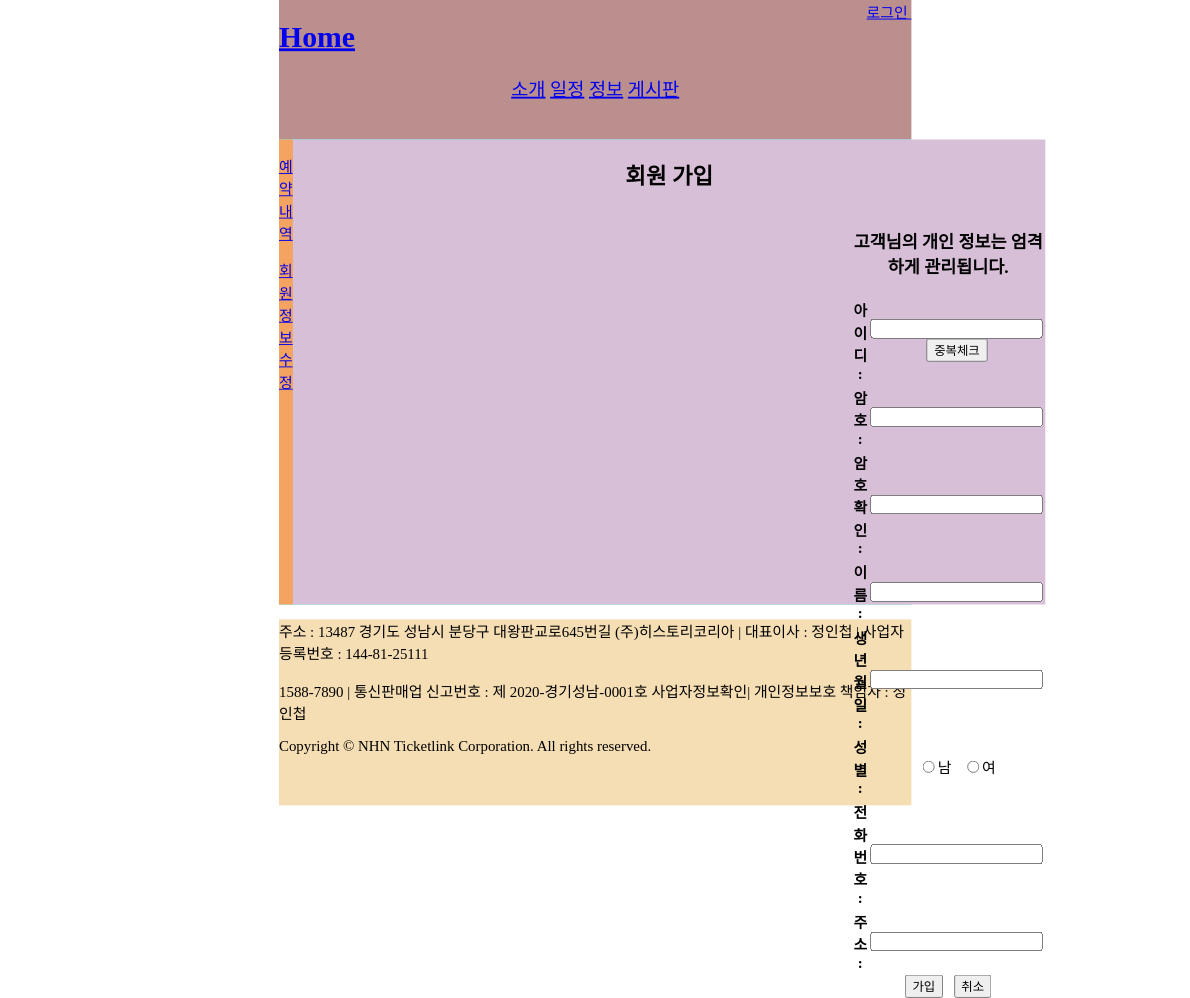
Repository: dlscjq34/JSP_historyTour
Page: http://localhost/HistoryTour/WEB-INF/views/member/joinMember.jsp
The author's editor kept a copy of each file at every save. The page is drawn from the files as they stood at one save, then again after the next save.
The browser window is 1280 px wide. The pictures show the whole page, at 93% of full size.
The page is served by Tomcat 9. Nobody is signed in. Other server files are loaded and not shown. The template is opened directly, without the code that normally fills it, so the values that code supplies are empty.

Above is the page before, as saved 2020-12-21 03:39:55.

### HistoryTour/WebContent/WEB-INF/views/member/joinMember.jsp
<%@ page language="java" contentType="text/html; charset=UTF-8"
    pageEncoding="UTF-8"%>
<!DOCTYPE html>
<html lang="en">
<head>
    <jsp:include page="/WEB-INF/views/include/head.jsp" />
    <link rel="stylesheet" href="css/joinMember.css">
</head>
<body>
    <!-- <header> -->
    <jsp:include page="/WEB-INF/views/include/header.jsp" />


    <!-- center = <aside> + <article> -->
    <div class="center">
        <aside>
            <p><a href="ticket.do">예약 내역</a></p>
            <p><a href="editMember.do">회원 정보 수정</a></p>
        </aside>

        <article>
            <h1>회원 가입</h1>
                <form action="joinMemberPro.do" method="post" name="frm" onsubmit="return lenCheck()">

                    <h3>고객님의 개인 정보는 엄격하게 관리됩니다.</h3>
                    <table>
	               		<tr>
	               			<th>아이디 :
	               			<td><input type="text" name="id" id="id" />
	               				<input type="button" onclick="dupCheck()" value="중복체크">
	               		</tr>
	               		<tr>
	               			<th>암호 :
	               			<td><input type="password" name="pswd1" id="pswd1" required/>
	               		</tr>
	               		<tr>
	               			<th>암호 확인 :
	               			<td><input type="password" name="pswd2" id="pswd2" required onkeyup="pwCheck()"/>
	               				<span id="pwStatus"></span>
	               		</tr>
	               		<tr>
	               			<th>이름 :
	               			<td><input type="text" name="name" id="name" required/>
	               		</tr>
	               		<tr>
	               			<th>생년월일 :
	               			<td><input type="text" name="birth" id="birth" required/>
	               		</tr>
	               		<tr>
	               			<th>성별 :
	               			<td><input type="radio" name="gender" id="man" value="1" required />남 &nbsp;
	               				<input type="radio" name="gender" id="woman" value="2" required />여
	               		</tr>
	               		<tr>
	               			<th>전화번호 :
	               			<td><input type="text" name="tel" id="tel" required>
	               		</tr>
	               		<tr>
	               			<th>주소 :
	               			<td><input type="text" name="address" id="address" required>
	               		</tr>
               		</table>
                <input type="submit" name="enroll" class="enroll" value="가입"> &nbsp;
                <input type="reset" value="취소">
                </form>
        </article>
    </div>


    <!-- <footer> -->
    <jsp:include page="/WEB-INF/views/include/footer.jsp" />

</body>

<script>
	function dupCheck() {
		let id = document.frm.id.value;
		if(id == '') {
			alert("아이디를 입력하세요");
			document.frm.id.focus();
			return;
		}
		window.open('joinCheck.do?id='+id, 'joinCheck', 'width=600, height=300');
	}

	function lenCheck() {
		let id = document.frm.id.value.trim();

		if(!(id.length >= 3 && id.length <=12)) {
			alert("아이디는 3에서 12글자만 입력 가능합니다.");
			document.frm.id.select();
			return false;
		}
	}

	function pwCheck() {
		pw1 = document.frm.pswd1.value;
		pw2 = document.frm.pswd2.value;
		pwStatus = document.getElementById("pwStatus");

		if(pw1 == pw2) {
			pwStatus.innerHTML = "패스워드 확인";
			pwStatus.style.color = "blue"
		}
		else {
			pwStatus.innerHTML = "패스워드 틀림";
			pwStatus.style.color = "red"
		}
	}

/* 	<tr>
		<th>암호 :
		<td><input type="password" name="pswd1" id="pswd1" required/>
	</tr>
	<tr>
		<th>암호 확인 :
		<td><input type="password" name="pswd2" id="pswd2" required onkeyup="pwCheck()"/>
			<span class="pwStatus"></span>
	</tr> */
</script>

</html>

### HistoryTour/WebContent/WEB-INF/views/include/head.jsp
<%@ page language="java" contentType="text/html; charset=UTF-8"
    pageEncoding="UTF-8"%>
<meta charset="UTF-8">
<meta name="viewport" content="width=device-width, initial-scale=1.0">
<title>Document</title>
<link rel="stylesheet" href="css/common.css">

### HistoryTour/WebContent/WEB-INF/views/include/header.jsp
<%@ page language="java" contentType="text/html; charset=UTF-8"
    pageEncoding="UTF-8"%>
<%@ taglib prefix="c" uri="http://java.sun.com/jsp/jstl/core" %>
<%
	//쿠키에 아이디가 있으면 세션으로 빼온다.
	Cookie[] cookies = request.getCookies();

	if (cookies != null) {
		for(Cookie cookie : cookies) {
			if(cookie.getName().equals("id")) {
				String id = cookie.getValue();
				session.setAttribute("id", id);
			}
		}
	}

	String id = (String)session.getAttribute("id");
%>

<header>
    <div class="home-line">
        <h1><a href="index.do">Home</a></h1>
        <!-- 세션으로 빼온 아이디가 있으면 -->
<%
			if (id != null) {
%>
        		${ id } 님 반갑습니다.&nbsp;
        		<a href="myPage.do">마이페이지</a>&nbsp;
        		<a href="logoutPro.do">로그아웃</a>
<%
			} else {
%>
        	<!-- 세션으로 빼온 아이디가 없으면 -->
        		 <a href="login.do">로그인&nbsp;</a>
<%
			}
%>

    </div>
    <div class="menu">
        <a href="intro.do">소개</a>
        <a href="schedule.do">일정</a>
        <a href="information.do">정보</a>
        <a href="board.do">게시판</a>
    </div>
</header>

### HistoryTour/WebContent/WEB-INF/views/include/footer.jsp
<%@ page language="java" contentType="text/html; charset=UTF-8"
    pageEncoding="UTF-8"%>
<footer>
    <p>주소 : 13487 경기도 성남시 분당구 대왕판교로645번길 (주)히스토리코리아 | 대표이사 : 정인첩 | 사업자등록번호 : 144-81-25111</p>
    <p>1588-7890 |  통신판매업 신고번호 : 제 2020-경기성남-0001호 사업자정보확인| 개인정보보호 책임자 : 정인첩</p>
    <p>Copyright © NHN Ticketlink Corporation. All rights reserved.</p>
</footer>

### HistoryTour/WebContent/css/common.css
body {
  grid-template-columns: 1fr 1fr;
  box-sizing: border-box;
  margin: 0 300px;
}

/* header ----------------------------------------------- */

header {
  background: rosybrown;
  height: 150px;
}
header .home-line {
  display: flex;
}
header .home-line h1 {
  flex: 1;
}
header .menu {
  text-align: center;
  font-size: 20px;
}

/* <aside> <article> ----------------------------------------------- */

.center {
  display: flex;
  height: 500px;
  background: turquoise;
}
.center aside {
  background: sandybrown;
  flex: 2;
}
.center article {
  background: thistle;
  flex: 8;
  text-align: center;
}


/* footer ----------------------------------------------- */

footer {
  background: wheat;
  height: 200px;
}

### HistoryTour/WebContent/css/joinMember.css

.center article form fieldset input{
  margin: 1% 0;
}
.center article form  {
  position: relative;
  margin-top: 5%;
  padding-left: 600px;
  /* width: 100px;
  font-size: 20px; */
}

After the next save:
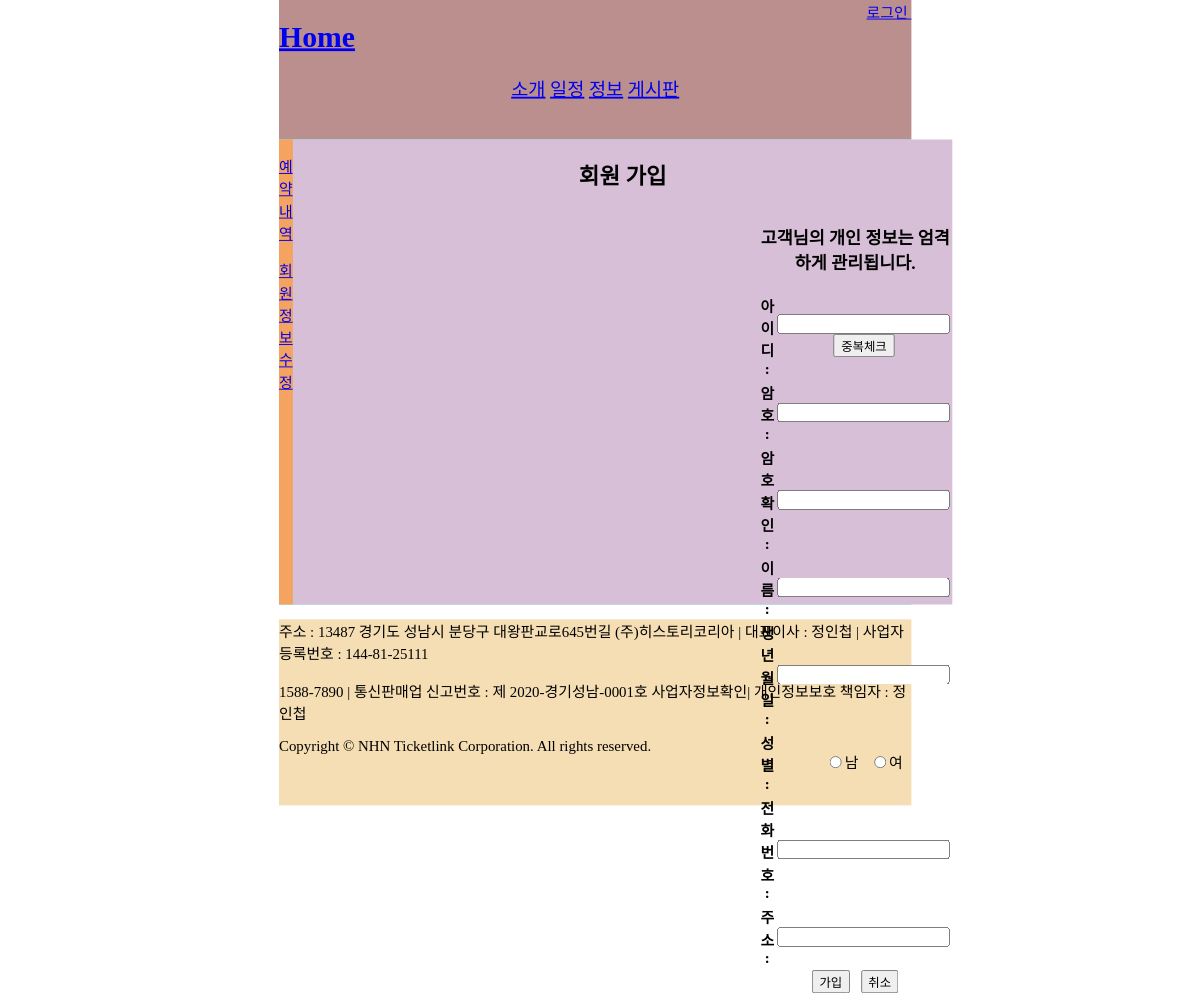
Saved 4 s later.
--- a/HistoryTour/WebContent/css/joinMember.css
+++ b/HistoryTour/WebContent/css/joinMember.css
@@ -5,7 +5,7 @@
 .center article form  {
   position: relative;
   margin-top: 5%;
-  padding-left: 600px;
+  padding-left: 500px;
   /* width: 100px;
   font-size: 20px; */
 }
